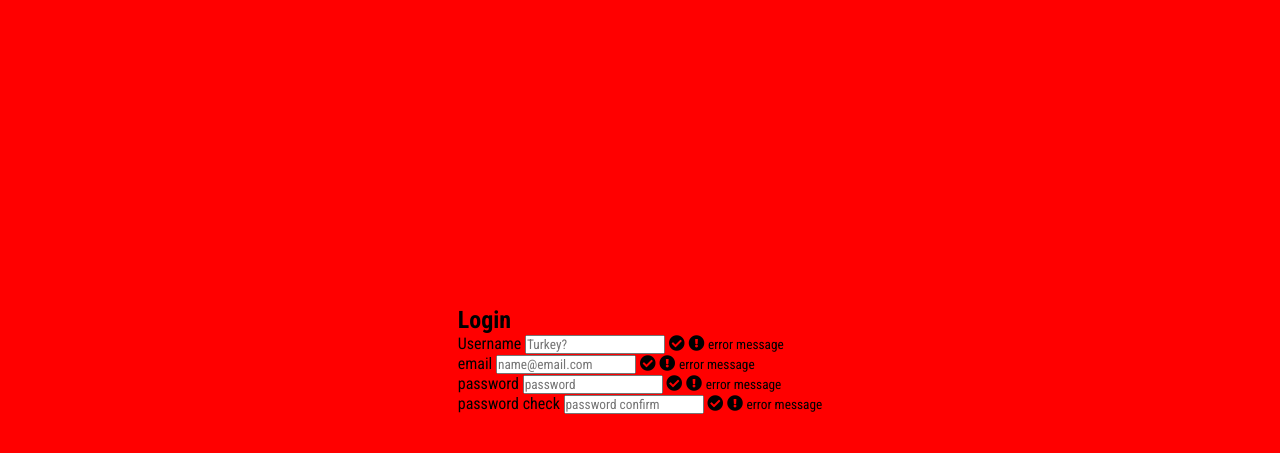
Repository: Abdoulrhman-altyeb/form-_validation-
Page: index.html
An editor plug-in stored every save of this project. The page is shown before and after the next save, followed by the edit.
The browser window is 1280 px wide. The pictures show the whole page.

Above is the page before, as saved 2021-05-23 20:43:19.

### index.html
<!DOCTYPE html>
<html lang="en">
<head>
    <meta charset="UTF-8">
    <meta http-equiv="X-UA-Compatible" content="IE=edge">
    <meta name="viewport" content="width=device-width, initial-scale=1.0">
    <link rel="stylesheet" href="style.css">
    <link rel="stylesheet" href="https://cdnjs.cloudflare.com/ajax/libs/font-awesome/5.15.3/css/all.min.css"
        integrity="sha512-iBBXm8fW90+nuLcSKlbmrPcLa0OT92xO1BIsZ+ywDWZCvqsWgccV3gFoRBv0z+8dLJgyAHIhR35VZc2oM/gI1w=="
        crossorigin="anonymous" referrerpolicy="no-referrer" />
    <script src="script.js" defer></script>
    <title>form validation</title>
</head>
<body>
    <div class="conatiner">
        <div class="header">
            <h2>Login</h2>
        </div>
        <form class="form">
            <div class="form-control">
                <label for="username">Username</label>
                <input type="text" placeholder="Turkey?" id="username">
                <i class="fa fa-check-circle"></i>
                <i class="fa fa-exclamation-circle"></i>
                <small>error message</small>
            </div>
            <div class="form-control">
                <label for="email">email</label>
                <input type="email" placeholder="name@email.com" id="email">
                <i class="fa fa-check-circle"></i>
                <i class="fa fa-exclamation-circle"></i>
                <small>error message</small>
            </div>
            <div class="form-control">
                <label for="password">password</label>
                <input type="password" placeholder="password" id="password">
                <i class="fa fa-check-circle"></i>
                <i class="fa fa-exclamation-circle"></i>
                <small>error message</small>
            </div>
            <div class="form-control">
                <label for="password2">password check</label>
                <input type="password" placeholder="password confirm" id="password2">
                <i class="fa fa-check-circle"></i>
                <i class="fa fa-exclamation-circle"></i>
                <small>error message</small>
            </div>
        </form>
    </div>
</body>
</html>

### style.css
@import url('https://fonts.googleapis.com/css2?family=Roboto+Condensed:wght@400;700&display=swap');
*{
    padding:0;
    margin:0;
    box-sizing:border-box;
    font-family: 'Roboto Condensed', sans-serif;
}
body{
    display: flex;
    justify-content: center;
    align-items: center;
    min-height:100vh;
    background:red;
}

Loaded but not shown: script.js (no copy from this time; the picture is the same without it)

After the next save:
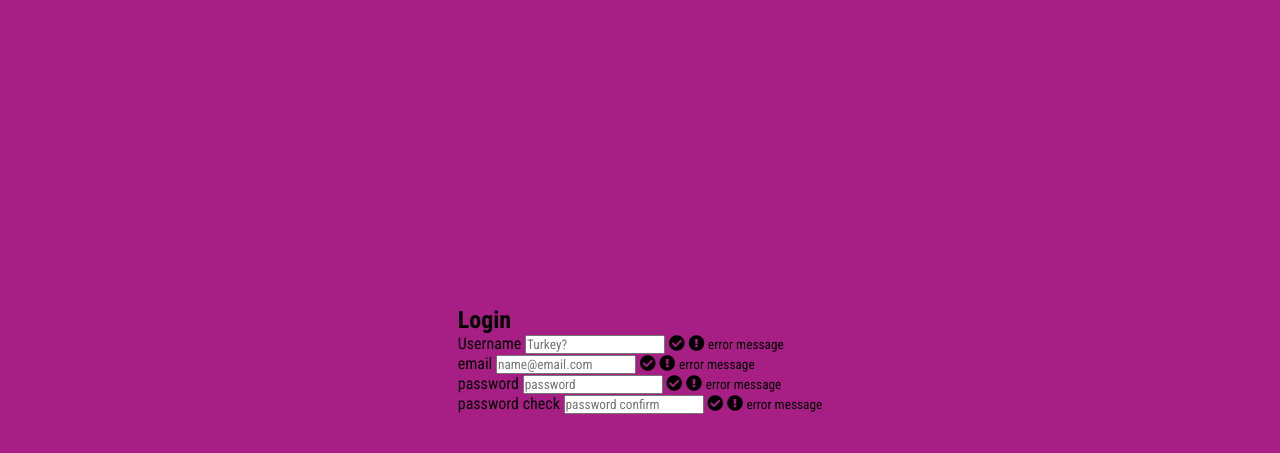
Saved 15 s later.
--- a/style.css
+++ b/style.css
@@ -10,5 +10,5 @@ body{
     justify-content: center;
     align-items: center;
     min-height:100vh;
-    background:red;
+    background:rgb(167, 30, 132)
 }
